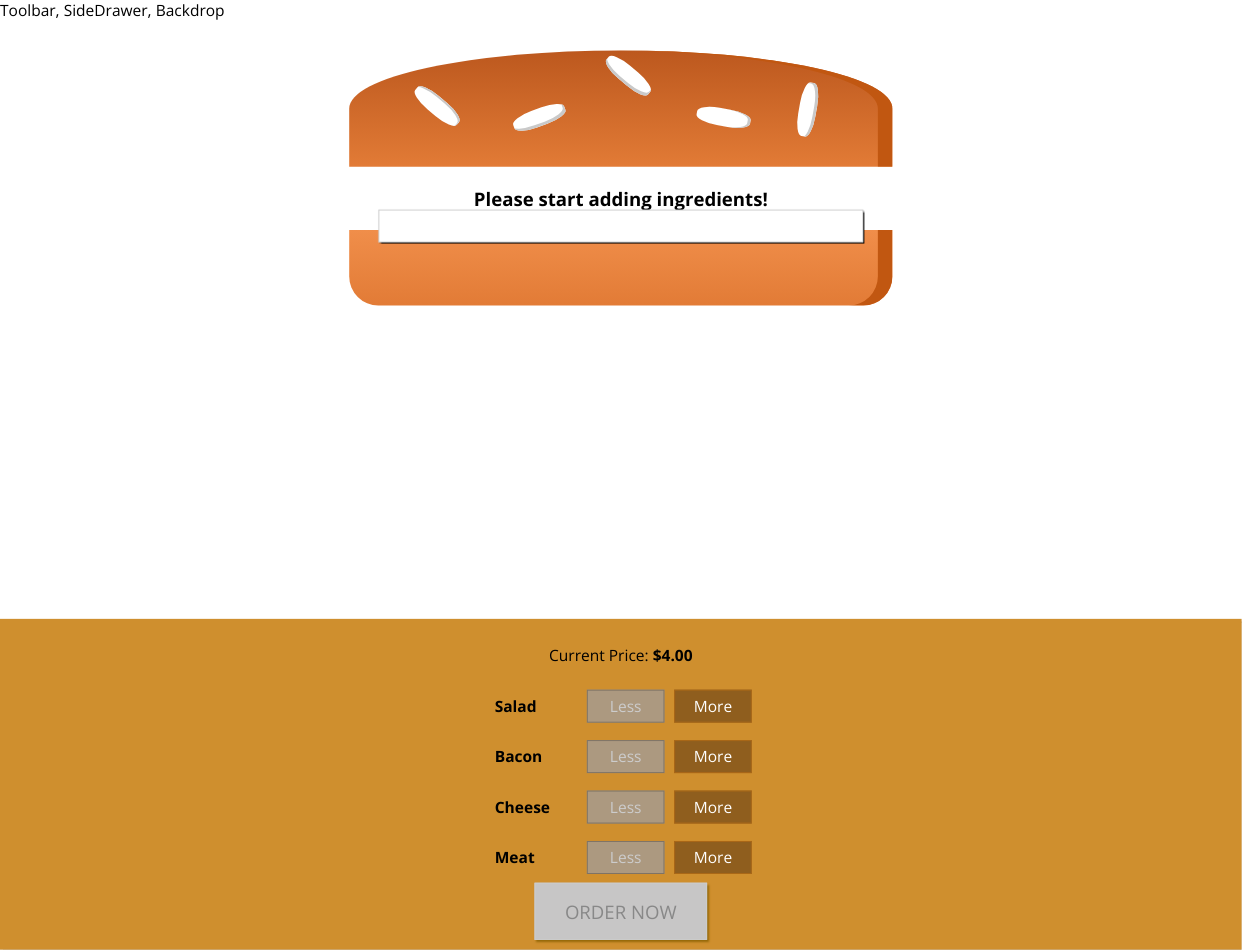
Repository: AbdulMutaal/Burger-Builder
Page: /
The author's editor kept a copy of each file at every save. The page is drawn from the files as they stood at one save, then again after the next save.
The browser window is 1280 px wide. The pictures show the whole page, at 97% of full size.
The project was rebuilt for these pictures with package versions that can differ from the ones it lists, and the page was loaded fresh each time.

Above is the page before, as saved 2021-12-08 09:09:49.

### src/index.css
body {
  margin: 0;
  font-family: "Open Sans", sans-serif;
}

### src/App.js
import Layout from './components/Layout/Layout';
import BurgerBuilder from './containers/BurgerBuilder/BurgerBuilder';

function App() {
  return (
    <div>
      <Layout>
        <BurgerBuilder />
      </Layout>
    </div>
  );
}

export default App;

### src/components/Layout/Layout.js
import React from 'react';

import Auxiliary from '../../hoc/Auxiliary';
import classes from './Layout.module.css';

const layout = ( props ) => (
    <Auxiliary>
        <div>Toolbar, SideDrawer, Backdrop</div>
        <main className={classes.Content}>
            {props.children}
        </main>
    </Auxiliary>
);

export default layout;

### src/containers/BurgerBuilder/BurgerBuilder.js
import React, { Component } from 'react';

import Auxiliary from '../../hoc/Auxiliary';
import Burger from '../../components/Burger/Burger';
import BuildControls from '../../components/Burger/BuildControls/BuildControls';
import Modal from '../../components/UI/Modal/Modal';
import OrderSummary from '../../components/Burger/OrderSummary/OrderSummary';

const INGREDIENT_PRICES = {
    salad: 0.5,
    cheese: 0.4,
    meat: 1.3,
    bacon: 0.7
};

class BurgerBuilder extends Component {
    state = {
        ingredients: {
            salad: 0,
            bacon: 0,
            cheese: 0,
            meat: 0
        },
        totalPrice: 4,
        purchasable: false
    }

    updatePurchaseState (ingredients) {
        const sum = Object.keys(ingredients)
            .map(igKey => {
                return ingredients[igKey];
            })
            .reduce((sum, el) => {
                return sum + el;
            }, 0);
        this.setState({purchasable: sum > 0});
    }

    addIngredientHandler = (type) => {
        const oldCount = this.state.ingredients[type];
        const updatedCount = oldCount + 1;
        const updateIngredients = {
            ...this.state.ingredients
        };
        updateIngredients[type] = updatedCount;

        const priceAddition = INGREDIENT_PRICES[type];
        const oldPrice = this.state.totalPrice;
        const newPrice = oldPrice + priceAddition;
        this.setState({totalPrice: newPrice, ingredients: updateIngredients});
        this.updatePurchaseState(updateIngredients);
    }

    removeIngredientHandler = (type) => {
        const oldCount = this.state.ingredients[type];

        if (oldCount <= 0) {
            return;
        }

        const updatedCount = oldCount - 1;
        const updateIngredients = {
            ...this.state.ingredients
        };
        updateIngredients[type] = updatedCount;

        const priceDeduction = INGREDIENT_PRICES[type];
        const oldPrice = this.state.totalPrice;
        const newPrice = oldPrice - priceDeduction;
        this.setState({totalPrice: newPrice, ingredients: updateIngredients});
        this.updatePurchaseState(updateIngredients);
    }
    render () {
        const disabledInfo = {
            ...this.state.ingredients
        };

        for (let key in disabledInfo) {
            disabledInfo[key] = disabledInfo[key] <= 0
        }

        return (
            <Auxiliary>
                <Modal />
                <Burger ingredients={this.state.ingredients} />
                <BuildControls
                    ingredientAdded={this.addIngredientHandler}
                    ingredientRemoved={this.removeIngredientHandler}
                    disabled={disabledInfo}
                    purchasable={this.state.purchasable}
                    price={this.state.totalPrice} />
            </Auxiliary>
        );
    }
}

export default BurgerBuilder;

### src/components/Burger/Burger.js
import React from 'react';

import classes from './Burger.module.css';
import BurgerIngredient from './BurgerIngredient/BurgerIngredient';

const burger = (props) => {
    let transformedIngredients = Object.keys(props.ingredients)
        .map(igKey => {
            return [...Array(props.ingredients[igKey])].map((_, i) => {
                return <BurgerIngredient key={igKey + i} type={igKey} />;
            });
        })
        .reduce((arr, el) => {
            return arr.concat(el)
        }, []);
    console.log(transformedIngredients);

    if (transformedIngredients.length === 0) {
        transformedIngredients = <p>Please start adding ingredients!</p>;
    }

    return (
        <div className={classes.Burger}>
            <BurgerIngredient type="bread-top" />
            { transformedIngredients }
            <BurgerIngredient type="bread-bottom" />
        </div>
    );
};

export default burger;

### src/components/Burger/BuildControls/BuildControls.js
import React from 'react';

import classes from './BuildControls.module.css';
import BuildControl from './BuildControl/BuildControl';

const controls = [
    { label: 'Salad', type: 'salad'},
    { label: 'Bacon', type: 'bacon'},
    { label: 'Cheese', type: 'cheese'},
    { label: 'Meat', type: 'meat'}
];

const buildControls = (props) => (
    <div className={classes.BuildControls}>
        <p>Current Price: <strong>${props.price.toFixed(2)}</strong></p>
        {controls.map(ctrl => (
            <BuildControl
                key={ctrl.label}
                label={ctrl.label}
                added={() => props.ingredientAdded(ctrl.type)}
                removed={() => props.ingredientRemoved(ctrl.type)}
                disabled={props.disabled[ctrl.type]} />
        ))}
        <button
            className={classes.OrderButton}
                disabled={!props.purchasable}>ORDER NOW</button>
    </div>
);

export default buildControls;

### src/components/UI/Modal/Modal.js
import React from 'react';

import classes from './Modal.module.css';

const modal = (props) => (
    <div className={classes.Modal}>
        {props.children}
    </div>
);

export default modal;

### src/components/Burger/BurgerIngredient/BurgerIngredient.js
import React from 'react';
import PropTypes from 'prop-types';

import classes from './BurgerIngredient.module.css';

const burgerIngredient = (props) => {
    let ingredient = null;

    switch (props.type) {
        case ('bread-bottom'):
            ingredient = <div className={classes.BreadBottom}></div>;
            break;
        case ('bread-top'):
            ingredient = (
                <div className={classes.BreadTop}>
                    <div className={classes.Seeds1}></div>
                    <div className={classes.Seeds2}></div>
                </div>
            );
            break;
        case ('meat'):
            ingredient = <div className={classes.Meat}></div>;
            break;
        case ('cheese'):
            ingredient = <div className={classes.Cheese}></div>;
            break;
        case ('bacon'):
            ingredient = <div className={classes.Bacon}></div>;
            break;
        case ('salad'):
            ingredient = <div className={classes.Salad}></div>;
            break;
        default:
            ingredient = null;
    }

    return ingredient;
};

burgerIngredient.propTypes = {
    type: PropTypes.string.isRequired
};

export default burgerIngredient;

### src/components/Burger/BuildControls/BuildControls.module.css
.BuildControls {
    width: 100%;
    background-color: #cf8f2e;
    display: flex;
    flex-flow: column;
    align-items: center;
    box-shadow: 0 2px 1px #ccc;
    margin: auto;
    padding: 10px 0;
}


.OrderButton {
    background-color: #DAD735;
    outline: none;
    cursor: pointer;
    border: 1px solid #966909;
    color: #966909;
    font-family: inherit;
    font-size: 1.2em;
    padding: 15px 30px;
    box-shadow: 2px 2px 2px #966909;
}

.OrderButton:hover, .OrderButton:active {
    background-color: #A0DB41;
    border: 1px solid #966909;
    color: #966909;
}

.OrderButton:disabled {
    background-color: #C7C6C6;
    cursor: not-allowed;
    border: 1px solid #ccc;
    color: #888888;
}

.OrderButton:not(:disabled) {
    animation: enable 0.3s linear;
}

@keyframes enable {
    0% {
        transform: scale(1);
    }
    60% {
        transform: scale(1.1);
    }
    100% {
        transform: scale(1);
    }
}

### src/components/Burger/BuildControls/BuildControl/BuildControl.js
import React from 'react';

import classes from './BuildControl.module.css';

const buildControl = (props) =>  (
    <div className={classes.BuildControl}>
        <div className={classes.Label}>{props.label}</div>
        <button className={classes.Less} onClick={props.removed} disabled={props.disabled}>Less</button>
        <button className={classes.More} onClick={props.added}>More</button>
    </div>
)

export default buildControl;

### src/components/Burger/BurgerIngredient/BurgerIngredient.module.css
.BreadBottom {
    height: 13%;
    width: 80%;
    background: linear-gradient(#F08E4A, #e27b36);
    border-radius: 0 0 30px 30px;
    box-shadow: inset -15px 0 #c15711;
    margin: 2% auto;
}

.BreadTop {
    height: 20%;
    width: 80%;
    background: linear-gradient(#bc581e, #e27b36);
    border-radius: 50% 50% 0 0;
    box-shadow: inset -15px 0 #c15711;
    margin: 2% auto;
    position: relative;
}

.Seeds1 {
    width: 10%;
    height: 15%;
    position: absolute;
    background-color: white;
    left: 30%;
    top: 50%;
    border-radius: 40%;
    transform: rotate(-20deg);
    box-shadow: inset -2px -3px #c9c9c9;
}

.Seeds1:after {
    content: "";
    width: 100%;
    height: 100%;
    position: absolute;
    background-color: white;
    left: -170%;
    top: -260%;
    border-radius: 40%;
    transform: rotate(60deg);
    box-shadow: inset -1px 2px #c9c9c9;
  }

.Seeds1:before {
    content: "";
    width: 100%;
    height: 100%;
    position: absolute;
    background-color: white;
    left: 180%;
    top: -50%;
    border-radius: 40%;
    transform: rotate(60deg);
    box-shadow: inset -1px -3px #c9c9c9;
  }

  .Seeds2 {
    width: 10%;
    height: 15%;
    position: absolute;
    background-color: white;
    left: 64%;
    top: 50%;
    border-radius: 40%;
    transform: rotate(10deg);
    box-shadow: inset -3px 0 #c9c9c9;
  }

  .Seeds2:before {
    content: "";
    width: 100%;
    height: 100%;
    position: absolute;
    background-color: white;
    left: 150%;
    top: -130%;
    border-radius: 40%;
    transform: rotate(90deg);
    box-shadow: inset 1px 3px #c9c9c9;
  }


.Meat {
    width: 80%;
    height: 8%;
    background: linear-gradient(#7f3608, #702e05);
    margin: 2% auto;
    border-radius: 15px;
}

.Cheese {
    width: 90%;
    height: 4.5%;
    margin: 2% auto;
    background: linear-gradient(#f4d004, #d6bb22);
    border-radius: 20px;
}

.Salad {
    width: 85%;
    height: 7%;
    margin: 2% auto;
    background: linear-gradient(#228c1d, #91ce50);
    border-radius: 20px;
}

.Bacon {
    width: 80%;
    height: 3%;
    background: linear-gradient(#bf3813, #c45e38);
    margin: 2% auto;
}

### src/components/Burger/BuildControls/BuildControl/BuildControl.module.css
.BuildControl {
    display: flex;
    justify-content: space-between;
    align-items: center;
    margin: 5px 0;
}

.BuildControl button {
    display: block;
    font: inherit;
    padding: 5px;
    margin: 0 5px;
    width: 80px;
    border: 1px solid #AA6817;
    cursor: pointer;
    outline: none;
}

.BuildControl button:disabled {
    background-color: #AC9980;
    border: 1px solid #7E7365;
    color: #ccc;
    cursor: default;
}

.BuildControl button:hover:disabled {
    background-color: #AC9980;
    color: #ccc;
    cursor: not-allowed;
}

.Label {
    padding: 10px;
    font-weight: bold;
    width: 80px;
}

.BuildControl .Less {
    background-color: #D39952;
    color: white;
}

.BuildControl .More {
    background-color: #8F5E1E;
    color: white;
}

.BuildControl .Less:hover, .BuildControl .Less:active {
    background-color: #DAA972;
    color: white;
}

.BuildControl .More:hover,.BuildControl .More:active {
    background-color: #99703F;
    color: white;
}

### src/components/Burger/OrderSummary/OrderSummary.js
import React from 'react';

import Auxiliary from '../../../hoc/Auxiliary';

const orderSummary = (props) => {
    const ingredientSummary = Object.keys(props.ingredients).map((igKey) => {
        return (
            <li>
                <span style={{textTransform: 'capitalize'}}>{igKey}</span>: {props.ingredients[igKey]}
            </li>);

        });
    return (
        <Auxiliary>
            <h3>Your Order</h3>
            <p>A delicious burger with the following ingredients:</p>
            <ul>
                {ingredientSummary}
            </ul>
            <p>Continue to checkout</p>
        </Auxiliary>
    );
};

export default orderSummary;

Loaded but not shown: public/index.html (common file); src/index.js (common file); src/reportWebVitals.js (common file); src/hoc/Auxiliary.js (common file); src/components/Layout/Layout.module.css (common file); src/components/Burger/Burger.module.css (common file); src/components/UI/Modal/Modal.module.css (common file)

After the next save:
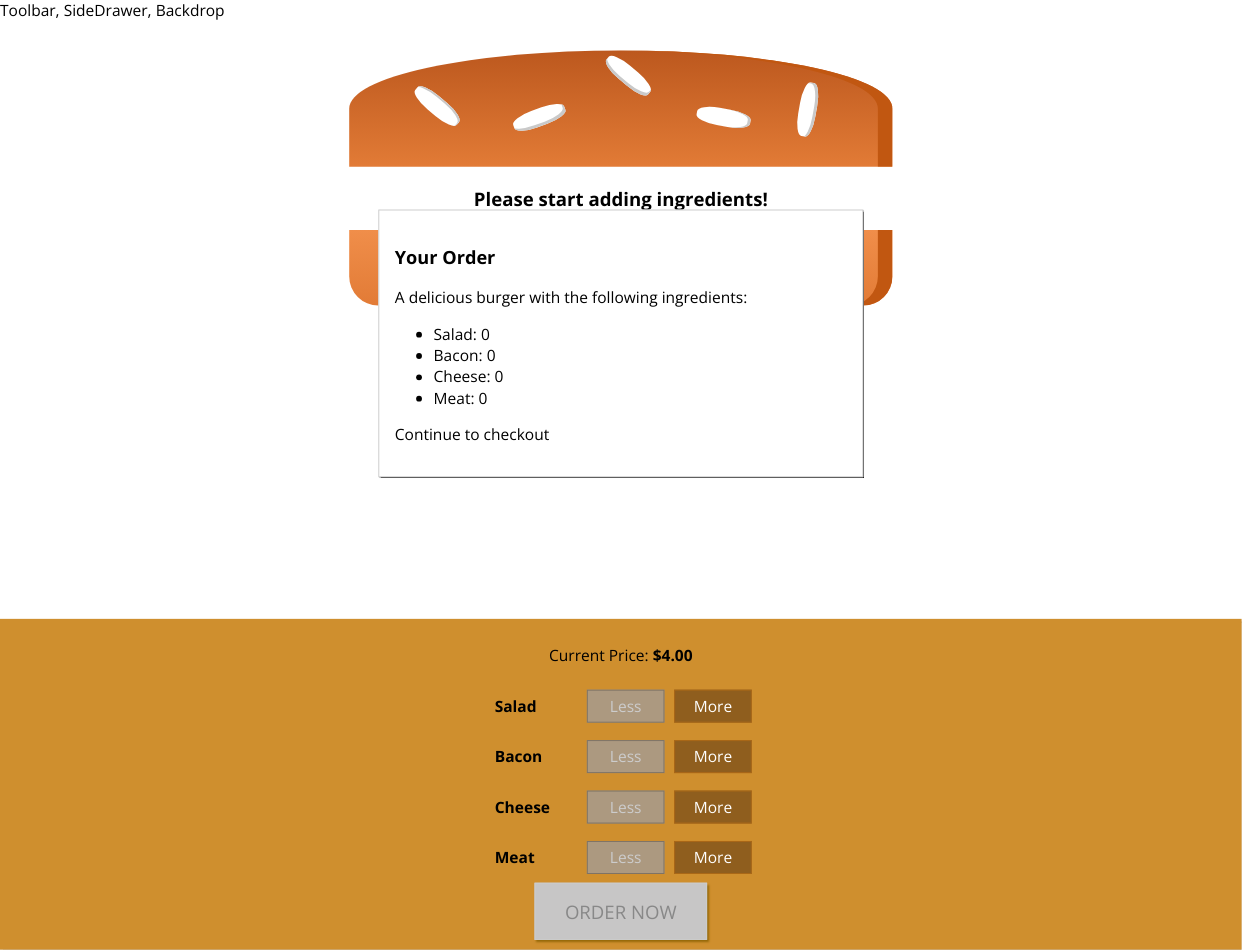
Saved 57 s later.
--- a/src/containers/BurgerBuilder/BurgerBuilder.js
+++ b/src/containers/BurgerBuilder/BurgerBuilder.js
@@ -81,7 +81,9 @@ class BurgerBuilder extends Component {
 
         return (
             <Auxiliary>
-                <Modal />
+                <Modal>
+                    <OrderSummary ingredients={this.state.ingredients} />
+                </Modal>
                 <Burger ingredients={this.state.ingredients} />
                 <BuildControls
                     ingredientAdded={this.addIngredientHandler}
